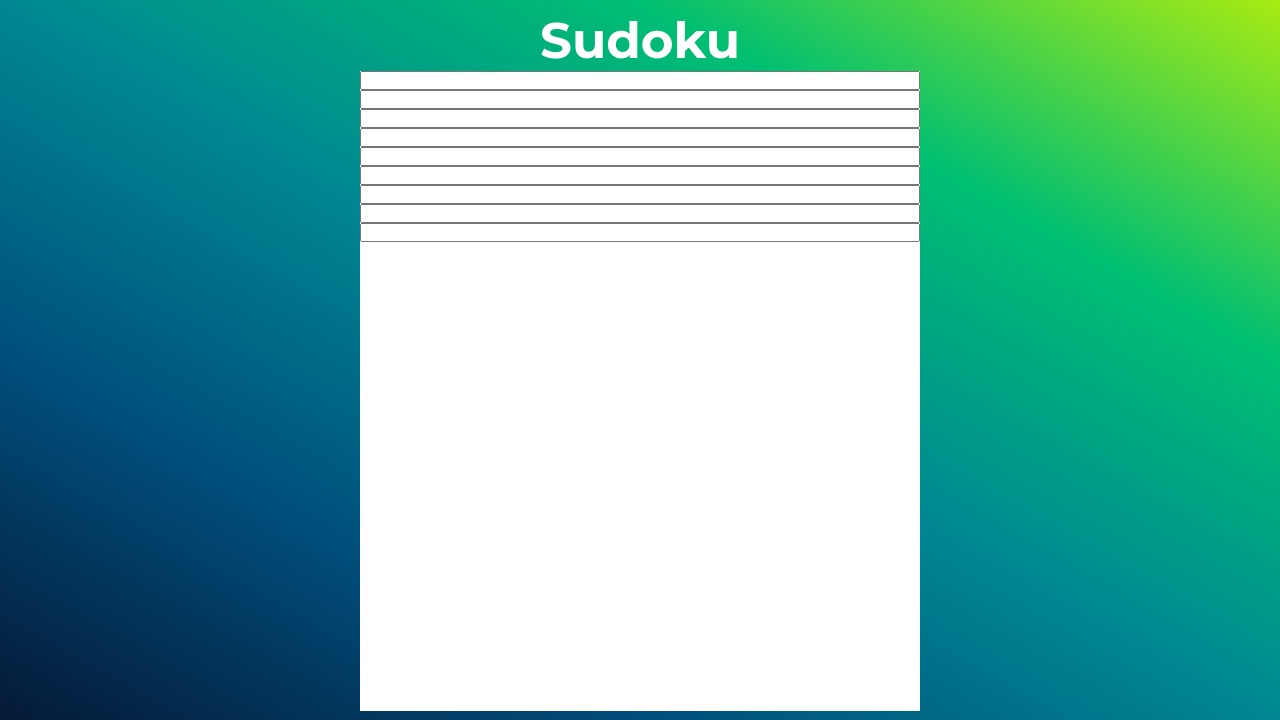
Repository: pattypetrikova/sudoku
Page: index.html
The author's editor kept a copy of each file at every save. The page is drawn from the files as they stood at one save, then again after the next save.
The browser window is 1280 px wide. The pictures show the whole page.
Some web fonts or font styles are not loaded; a fallback is used.

Above is the page before, as saved 2022-12-30 10:25:54.

After the next save:
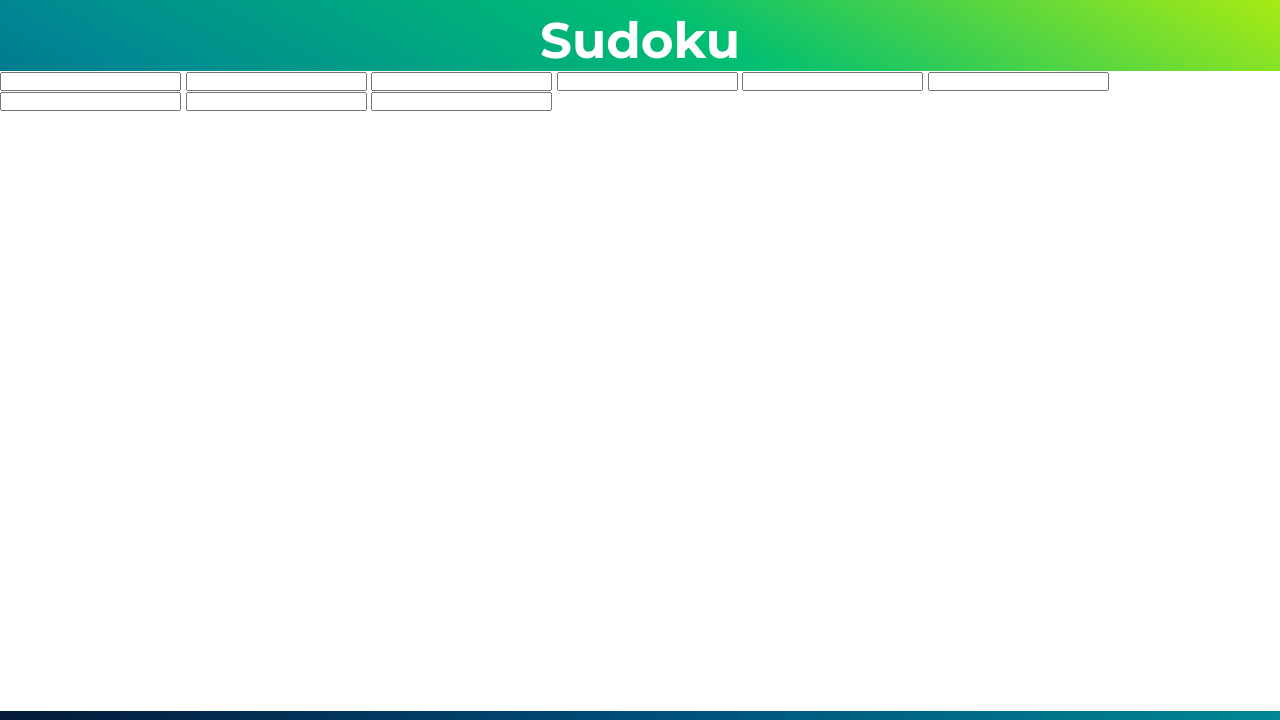
Saved 52 s later.
--- a/index.html
+++ b/index.html
@@ -17,8 +17,8 @@
             <div class="head">
                 <div class="buttons"></div>
             </div>
-            <div>
-                <form class="gameboard" action="">
+            <div class="gameboard">
+                <form class="board-section" action="">
                     <input class="number" type="text">
                     <input class="number" type="text">
                     <input class="number" type="text">

After the save that followed:
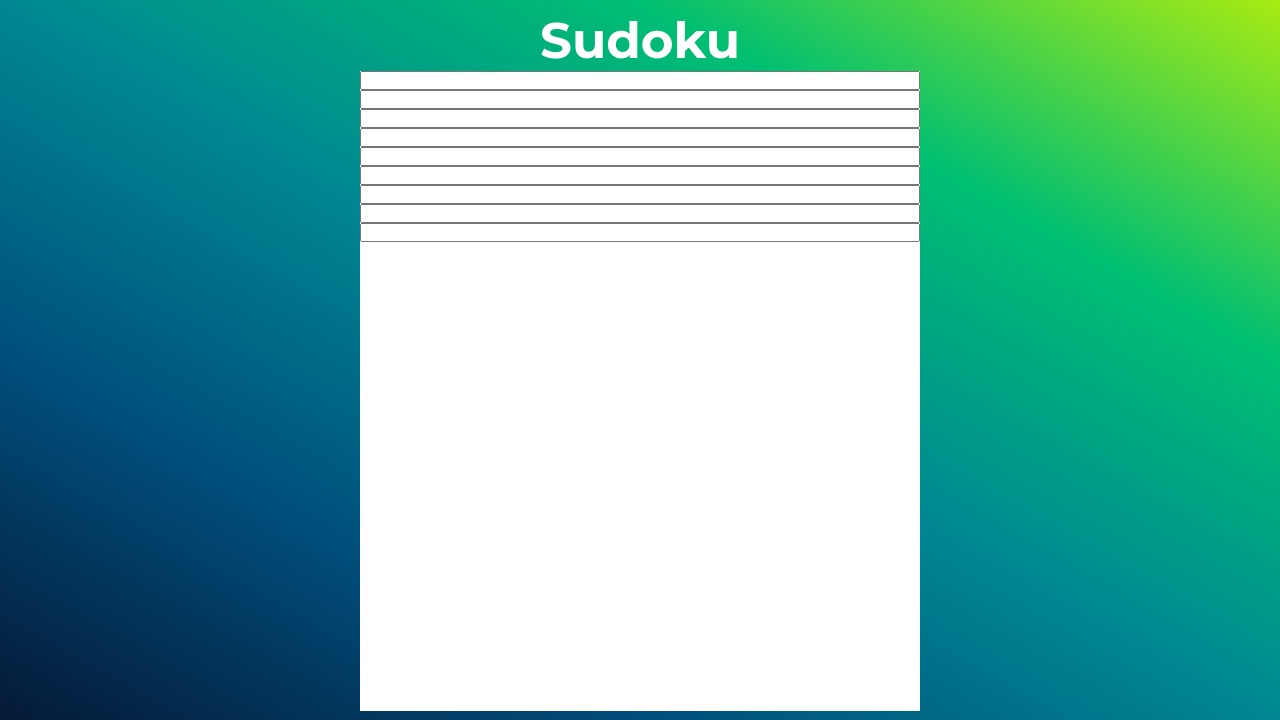
Saved 13 s later.
--- a/assets/style.css
+++ b/assets/style.css
@@ -38,3 +38,8 @@
     display: grid;
 
 }
+
+.board-section {
+    display: grid;
+
+}
